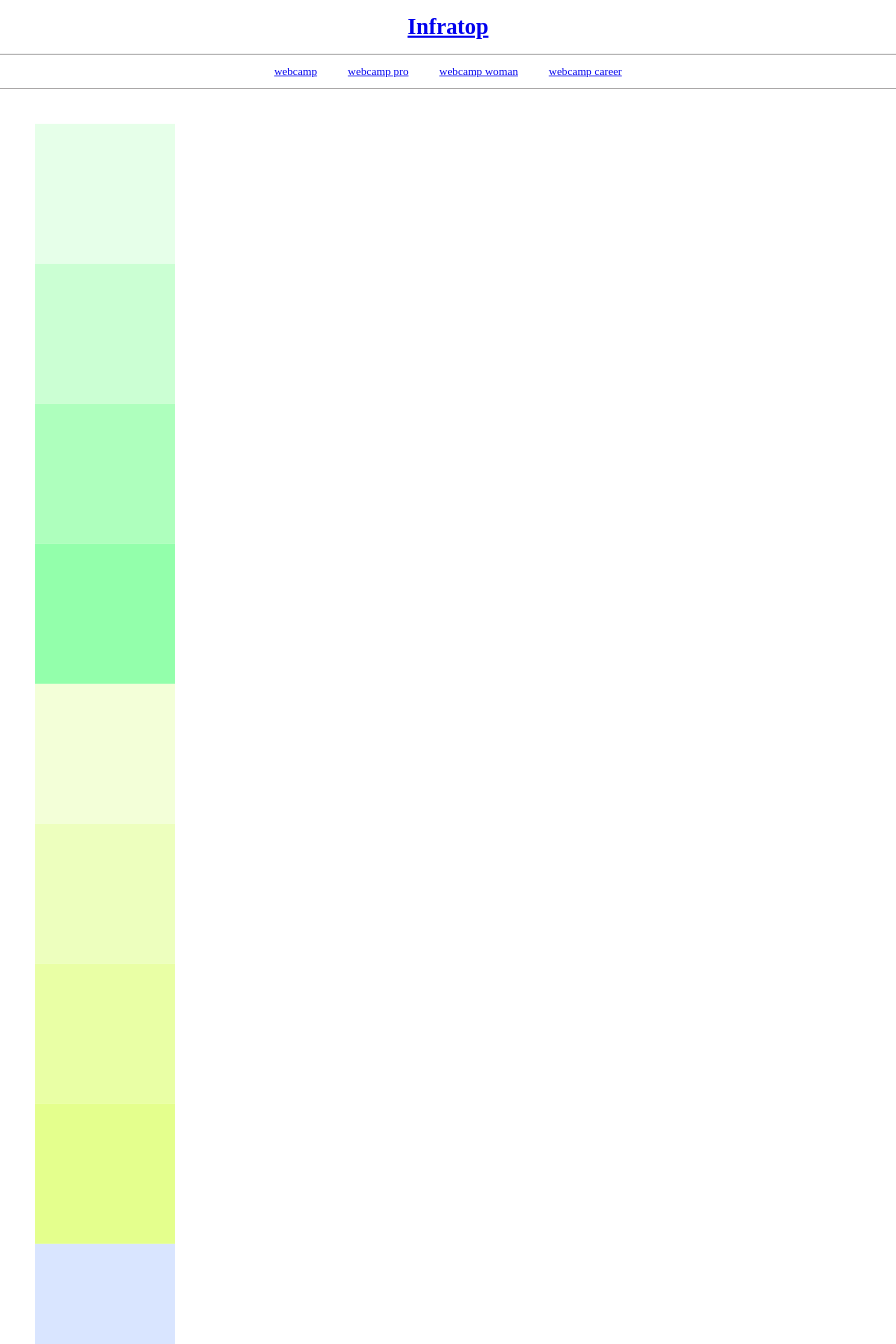
Repository: alamsamiha/html_css
Page: chapter5_exercise/ch5.html
The author's editor kept a record of every edit. The page is drawn from the files as they stood at one moment, then again after the next edit.
The browser window is 1280 px wide. The pictures show the part of the page from y = 0 to 1920 px (the page is 2747 px tall before and 947 px after), at 70% of full size.

Above is the page before.

### chapter5_exercise/ch5.html
<!DOCTYPE>
<html lang="ja">
  <head>
    <meta charset="UTF-8" />
    <!-- CSSファイルの読み込み -->
    <link rel="stylesheet" href="ch5.css" />
    <title>演習問題5</title>
  </head>

  <body>
    <header>
      <h1 class="heading">
        <a href=="https://infratop.jp/">
          Infratop
        </a>
      </h1>
    </header>

    <nav>
      <ul  class="nav-list">
        <li  class="nav-list-item">
          <a href="https://web-camp.io/">webcamp</a>
        </li>
        <li  class="nav-list-item">
          <a href="https://web-camp.io/commit/">webcamp pro</a></a>
        </li>
        <li  class="nav-list-item">
          <a href="https://web-camp.io/">webcamp woman</a>
        </li>
        <li  class="nav-list-item">
          <a href="https://web-camp.io/">webcamp career</a>
        </li>
      </ul>
    </nav>

    <div class="main">
      <div class="box1"></div>
      <div class="box2"></div>
      <div class="box3"></div>
      <div class="box4"></div>
      <div class="box5"></div>
      <div class="box6"></div>
      <div class="box7"></div>
      <div class="box8"></div>
      <div class="box9"></div>
      <div class="box10"></div>
      <div class="box11"></div>
      <div class="box12"></div>
    </div>

    <footer>
      <p class="footer-text">© All rights reserved by Infratop.Inc.</p>
    </footer>

  </body>


</html>

### chapter5_exercise/ch5.css
*{
  margin: 0;
  padding: 0;
  box-sizing: border-box;
}

header {
  width: 100%; /* 横幅90% */
  padding: 20px 0;
  text-align: center;
}

.nav-list {
  text-align: center;
  padding: 15px 0;
  margin: 0 auto;
  border-bottom: 1px solid #848282;
  border-top: 1px solid #848282;
}

.nav-list-item {
  list-style: none;
  display: inline-block;
  margin: 0 20px;
}

.main{
  padding: 50px;
}

.box1 {
  width: 200px;
  height: 200px;
  background-color: #e6ffe9;
}

.box2 {
  width: 200px;
  height: 200px;
  background-color: #cbffd3;
}

.box3 {
  width: 200px;
  height: 200px;
  background-color: #aeffbd;
}

.box4 {
  width: 200px;
  height: 200px;
  background-color: #93ffab;
}

.box5 {
  width: 200px;
  height: 200px;
  background-color: #f3ffd8;
}

.box6 {
  width: 200px;
  height: 200px;
  background-color: #edffbe;
}

.box7 {
  width: 200px;
  height: 200px;
  background-color: #e9ffa5;
}

.box8 {
  width: 200px;
  height: 200px;
  background-color: #e4ff8d;
}

.box9 {
  width: 200px;
  height: 200px;
  background-color: #d9e5ff;
}

.box10 {
  width: 200px;
  height: 200px;
  background-color: #bad3ff;
}

.box11 {
  width: 200px;
  height: 200px;
  background-color: #a4c6ff;
}

.box12 {
  width: 200px;
  height: 200px;
  background-color: #8eb8ff;
}

footer {
  width: 100%;
  height: 120px;
  text-align: center;
  line-height: 120px;
  background-color: #848282;
}

.footer-text {
  color: #fff;
}

After the next edit:
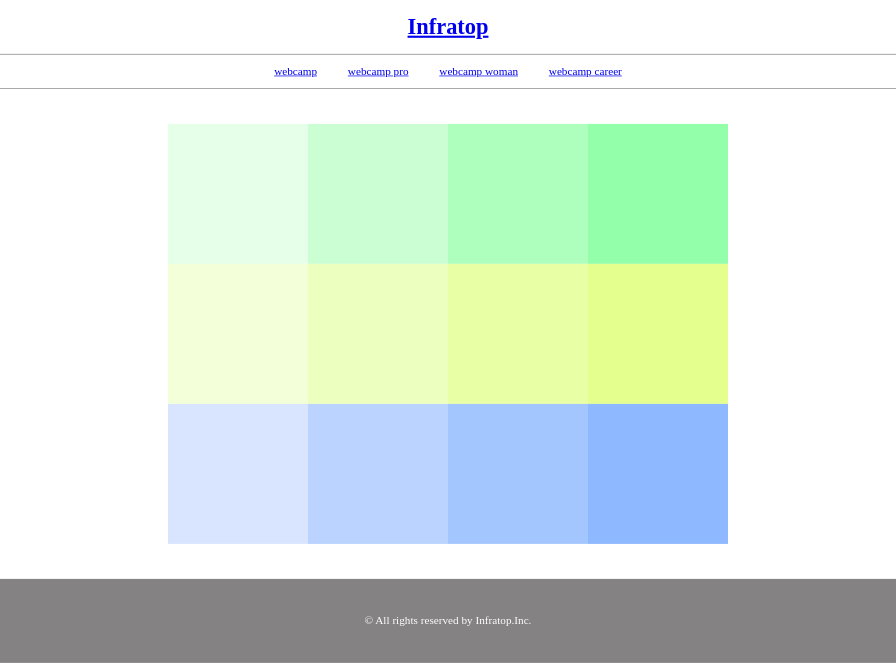
The edit:
--- a/chapter5_exercise/ch5.css
+++ b/chapter5_exercise/ch5.css
@@ -25,7 +25,10 @@
 }
 
 .main{
-  padding: 50px;
+  width: 800px;
+  margin: 50px auto;
+  display: flex;
+  flex-wrap: wrap;
 }
 
 .box1 {
